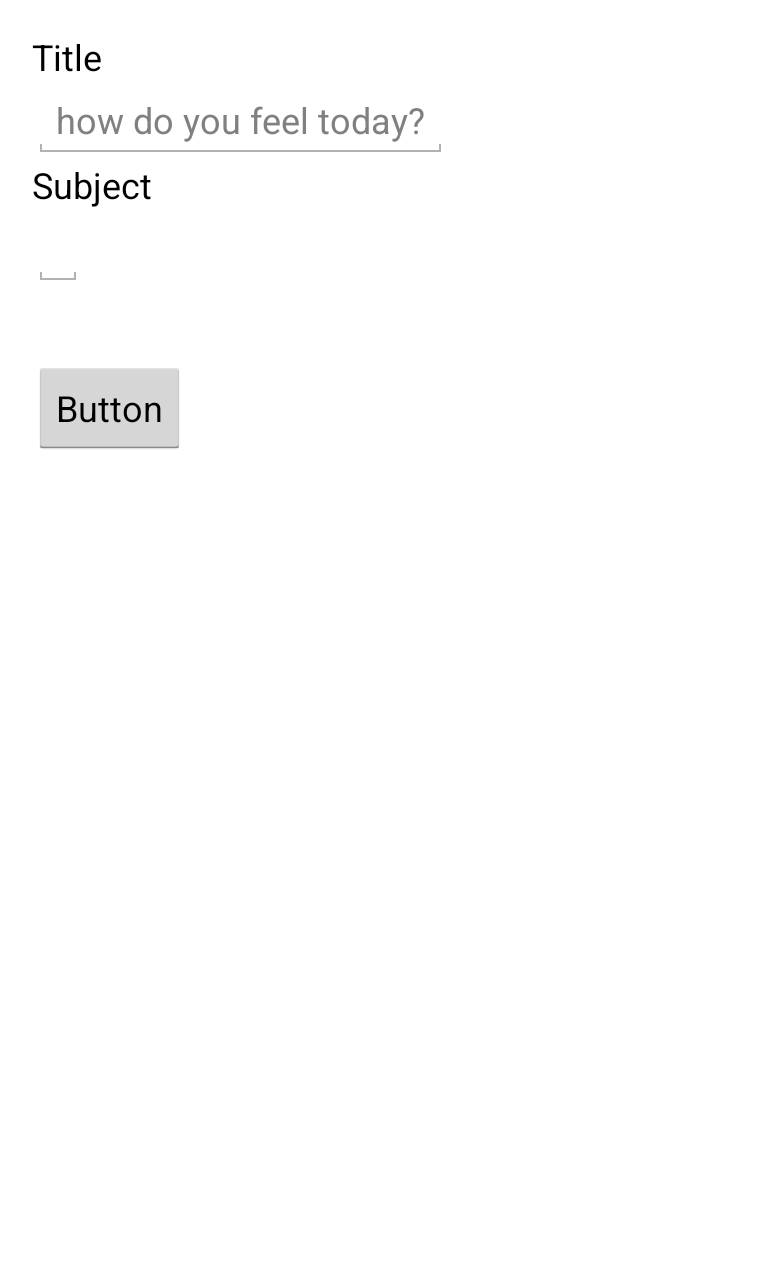
Repository: CMPUT301W14T11/Team11Prototype
Layout: LocationApp/res/layout/activity_enter_comments.xml
An editor plug-in stored every save of this project. The layout is shown before and after the next save, followed by the edit.
It is drawn on a 768 x 1280 px phone screen (xhdpi) without system bars, with theme AppTheme; the app's code is not run.

Above is the layout before, as saved 2014-02-18 17:48:24.

### LocationApp/res/layout/activity_enter_comments.xml
<LinearLayout xmlns:android="http://schemas.android.com/apk/res/android"
    xmlns:tools="http://schemas.android.com/tools"
    android:id="@+id/LinearLayout1"
    android:layout_width="match_parent"
    android:layout_height="match_parent"
    android:orientation="vertical"
    android:paddingBottom="@dimen/activity_vertical_margin"
    android:paddingLeft="@dimen/activity_horizontal_margin"
    android:paddingRight="@dimen/activity_horizontal_margin"
    android:paddingTop="@dimen/activity_vertical_margin"
    tools:context=".EnterCommentsActivity" >

    <TextView
        android:id="@+id/textView1"
        android:layout_width="wrap_content"
        android:layout_height="wrap_content"
        android:text="Title"
        android:textAppearance="?android:attr/textAppearanceMedium" />

    <EditText
        android:id="@+id/editText1"
        android:layout_width="wrap_content"
        android:layout_height="wrap_content"
        android:hint="how do you feel today?"
         >


    </EditText>

    <TextView
        android:id="@+id/textView2"
        android:layout_width="wrap_content"
        android:layout_height="wrap_content"
        android:text="Subject"
        android:textAppearance="?android:attr/textAppearanceMedium" />

    <EditText
        android:id="@+id/editText2"
        android:layout_width="wrap_content"
        android:layout_height="wrap_content"

        android:inputType="textMultiLine" />

    <Button
        android:id="@+id/button1"
        android:layout_width="wrap_content"
        android:layout_height="wrap_content"
        android:layout_marginTop="36dp"
        android:text="Button" />

</LinearLayout>

Loaded but not shown: LocationApp/res/values/styles.xml (common file); LocationApp/res/values-v11/styles.xml (common file); LocationApp/res/values-v14/styles.xml (common file); LocationApp/res/values/dimens.xml (common file); LocationApp/res/values-w820dp/dimens.xml (common file)

After the next save:
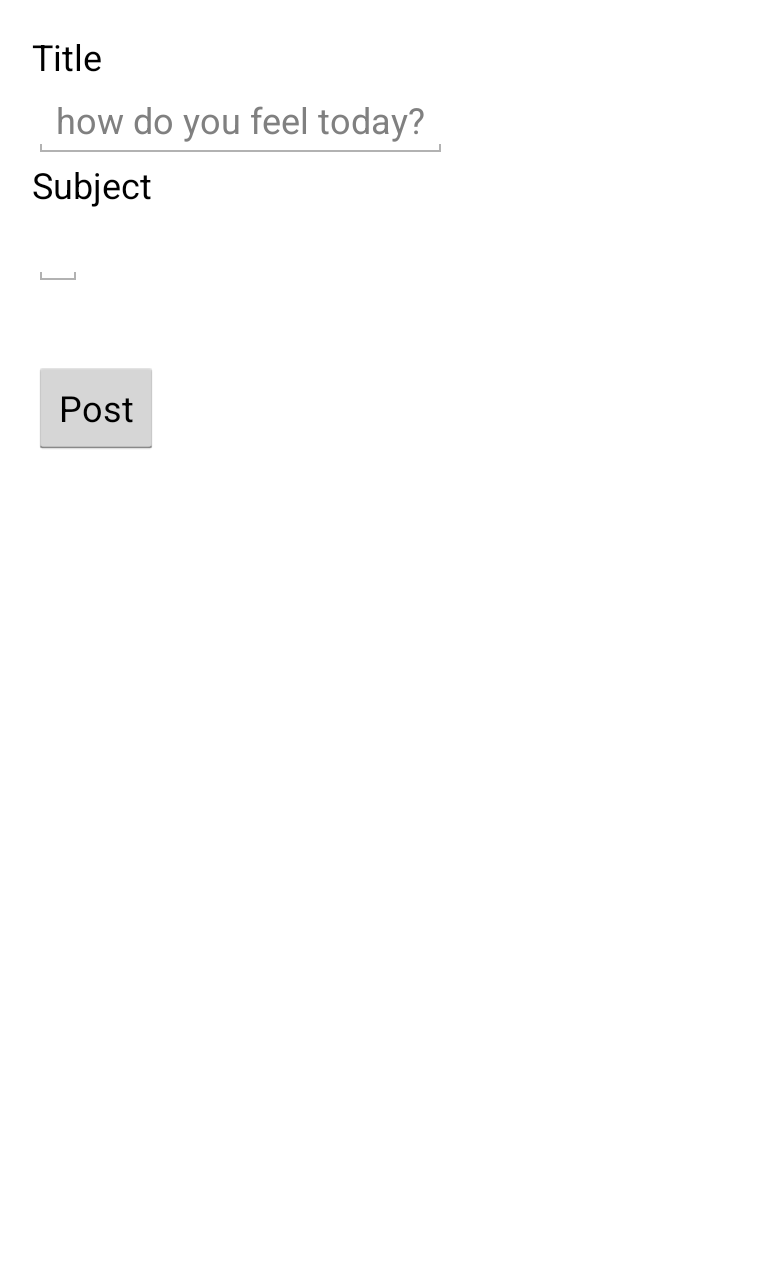
Saved 17 s later.
--- a/LocationApp/res/layout/activity_enter_comments.xml
+++ b/LocationApp/res/layout/activity_enter_comments.xml
@@ -46,6 +46,6 @@
         android:layout_width="wrap_content"
         android:layout_height="wrap_content"
         android:layout_marginTop="36dp"
-        android:text="Button" />
+        android:text="Post" />
 
 </LinearLayout>
